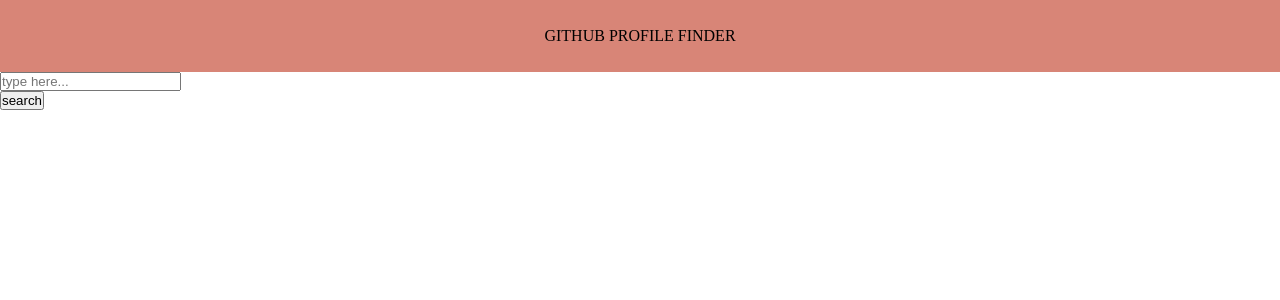
Repository: nilesjamex/githubprofilefinder
Page: index.html
These files come from the project's save history. The page is drawn as it stood at one moment and after the next save; the edit follows.
The browser window is 1280 px wide. The pictures show the whole page.

Above is the page before, as saved 2020-11-18 22:36:27.

After the next save:
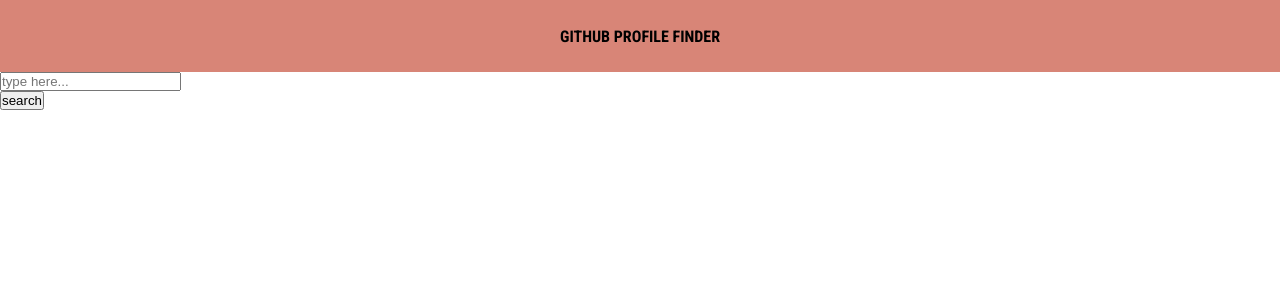
Saved 8 min 55 s later.
--- a/styles.css
+++ b/styles.css
@@ -10,3 +10,7 @@
     justify-content: center;
     align-items: center;
 }
+.nav-text{
+    font-family: 'Roboto Condensed', sans-serif;
+    font-weight: 700;
+}
